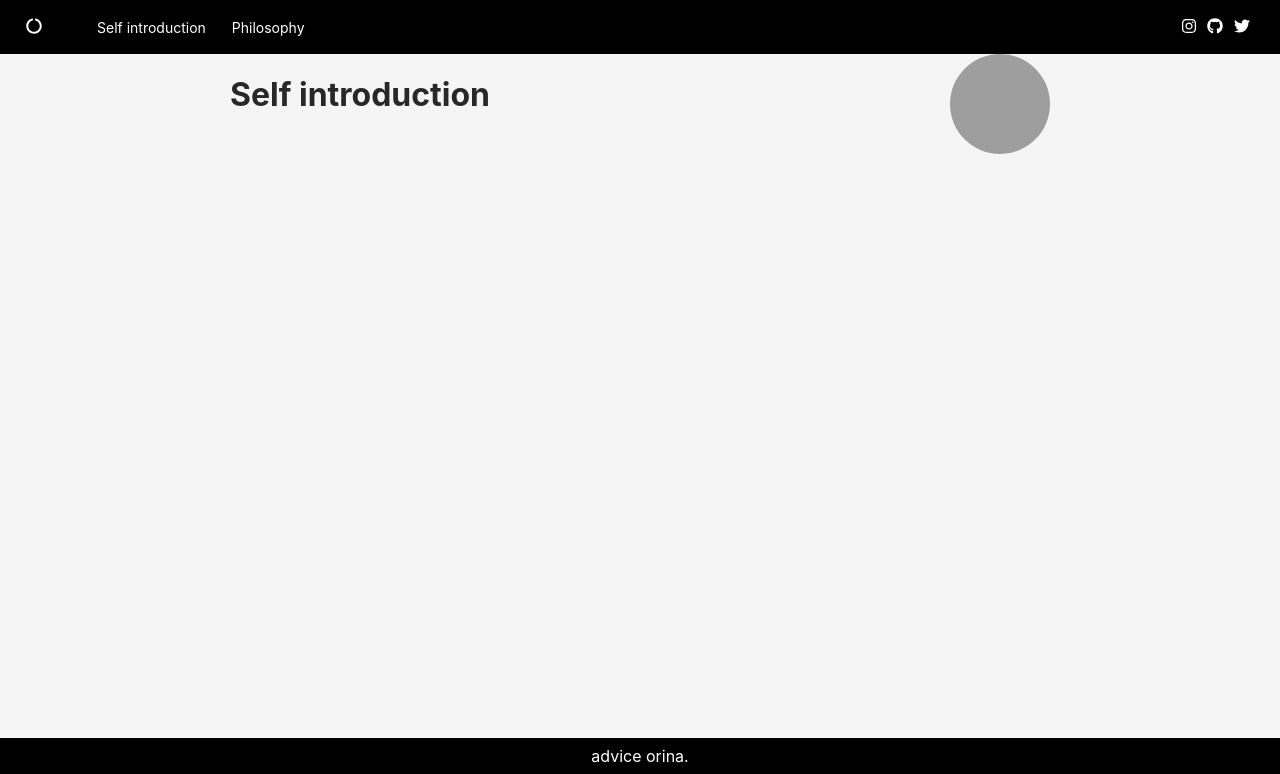
Repository: Rujuu-prog/react-mysite
Page: /selfintroduction
The author's editor kept a copy of each file at every save. The page is drawn from the files as they stood at one save, then again after the next save.
The browser window is 1280 px wide. The pictures show the whole page.
Pictures or frames that could not be fetched are drawn as grey boxes. The project was rebuilt for these pictures with package versions that can differ from the ones it lists, and the page was loaded fresh each time. Also part of the build but not shown: src/components/pages/Philosophy.tsx, src/components/pages/Top.tsx.

Above is the page before, as saved 2021-05-13 01:27:35.

After the next save:
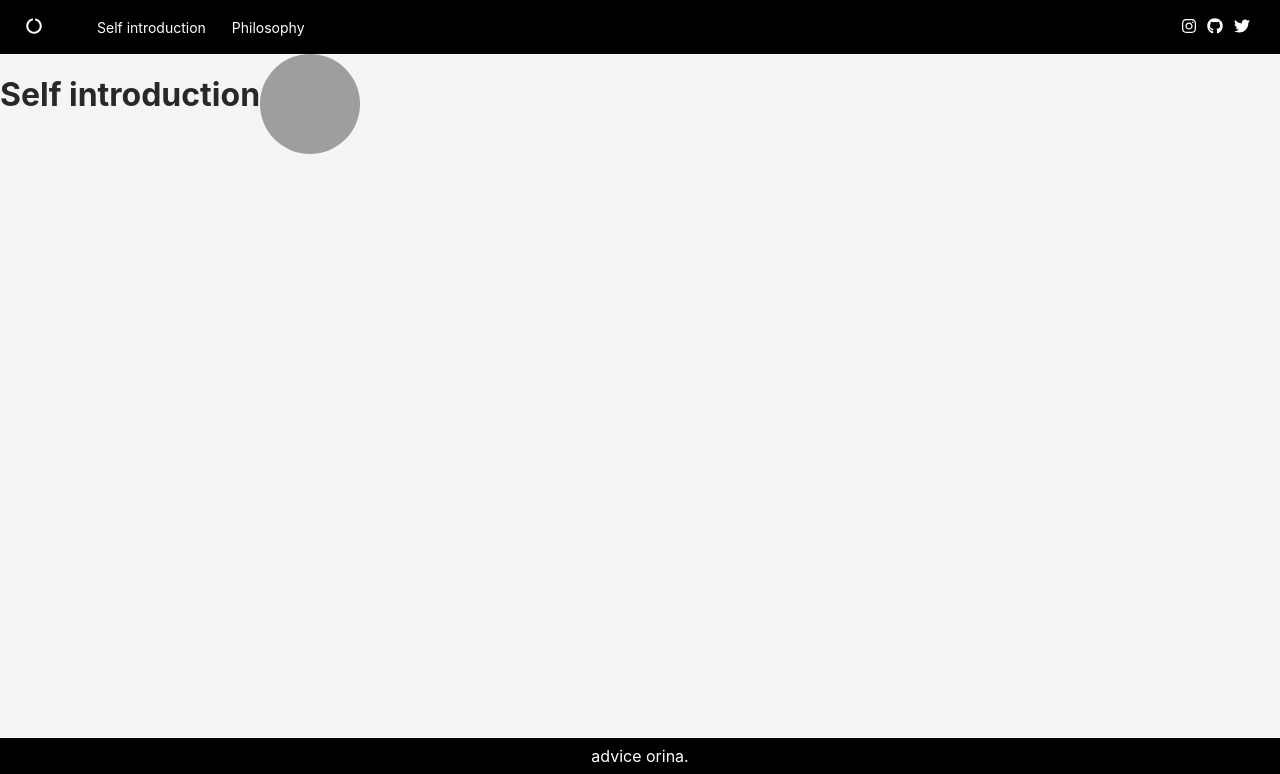
Saved 31 s later.
--- a/src/components/pages/SelfIntroduction.tsx
+++ b/src/components/pages/SelfIntroduction.tsx
@@ -16,7 +16,7 @@ export const SelfIntroduction:React.FC = () => {
 const SMainContainer = styled.div`
     display: flex;
     flex-direction: row;
-    justify-content: space-around;
+    // justify-content: space-around;
     flex-grow: 1;
     background-color: #f5f5f5;
     height: 100vh;
